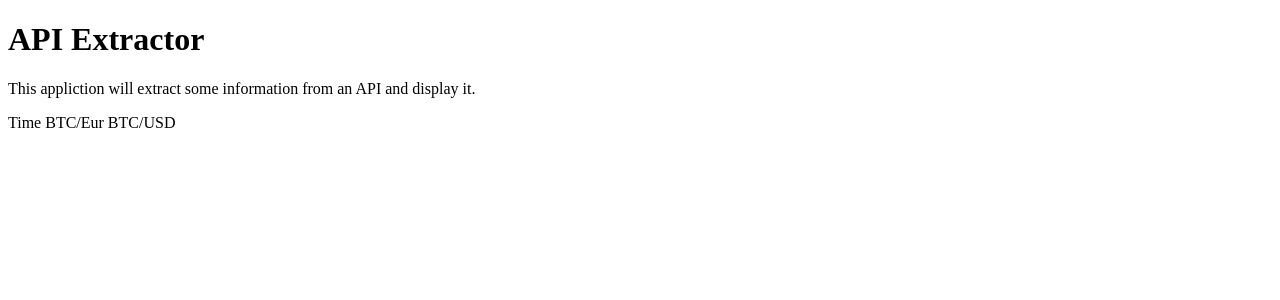
Repository: vxyux/api-extraction
Page: index.html
These files come from the project's save history. The page is drawn as it stood at one moment and after a run of saves; the edit follows.
The browser window is 1280 px wide. The pictures show the whole page.
The page's requests for data from a server got no answer.

Above is the page before, as saved 2023-09-05 10:14:17.

### index.html
<!DOCTYPE html>
<html lang="en">
<head>
  <meta charset="UTF-8">
  <meta name="viewport" content="width=device-width, initial-scale=1.0">
  <title>Document</title>
  <link rel="stylesheet" href="stylesheet.css">
  <script src="app.js"></script>
</head>
<body>
  <h1>API Extractor</h1>
  <p>This appliction will extract some information from an API and display it.</p>

  <tr>
    <th>Time</th>
    <th>BTC/Eur</th>
    <th>BTC/USD</th>
  </tr>
</body>
</html>

### app.js
const api_url = 'https://api.coindesk.com/v1/bpi/currentprice.json';

async function getapi(url) {

  const response = await fetch(url);

  var data = await response.json();

  console.log(data);
  if (response) {
    hideloader();
  }
  show(data);

}

getapi(api_url);

function hideloader() {
  document.getElementById('loading').style.display = 'none';
}

function show(data) {
  let table =
    `
    `
}

Loaded but not shown: stylesheet.css (no copy from this time; the picture is the same without it)

After the next 5 saves:
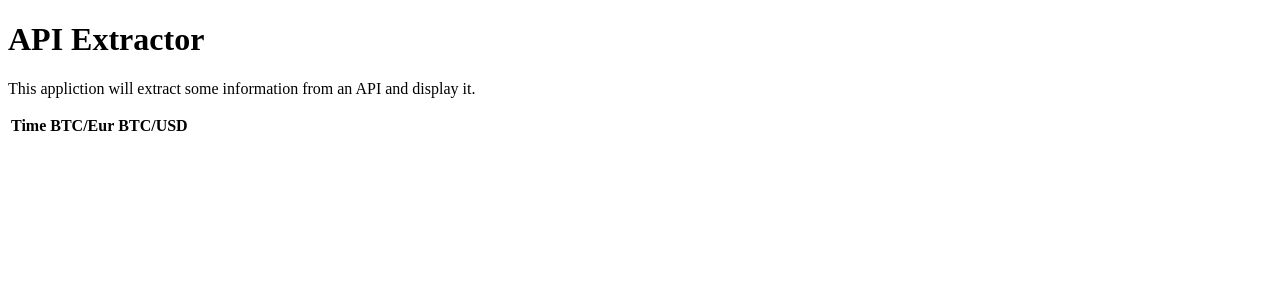
The 5 saves are shown as one change because they came seconds apart.
The last was saved 35 s later.
--- a/index.html
+++ b/index.html
@@ -11,10 +11,12 @@
   <h1>API Extractor</h1>
   <p>This appliction will extract some information from an API and display it.</p>
 
-  <tr>
-    <th>Time</th>
-    <th>BTC/Eur</th>
-    <th>BTC/USD</th>
-  </tr>
+  <table>
+    <tr>
+      <th>Time</th>
+      <th>BTC/Eur</th>
+      <th>BTC/USD</th>
+    </tr>
+  </table>
 </body>
 </html>
